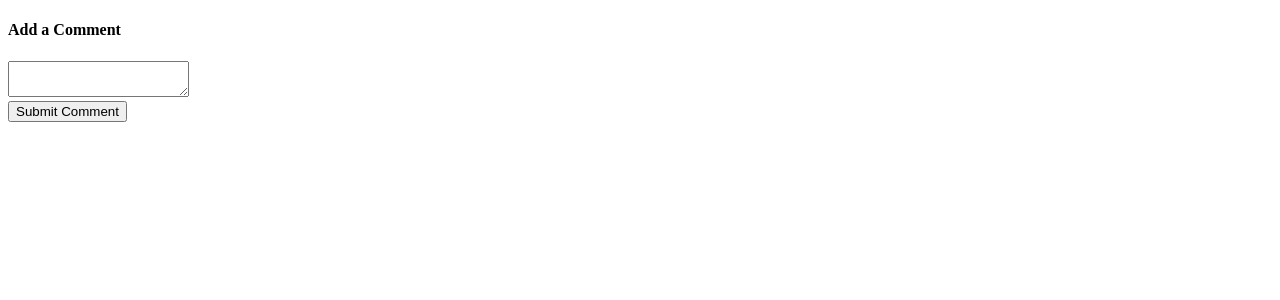
Repository: taivuong95/react-advanced-stephen-grider
Page: / (app in testing/)
An editor plug-in stored every save of this project. The page is shown before and after the next save, followed by the edit.
The browser window is 1280 px wide. The pictures show the whole page.
The project was rebuilt for these pictures with package versions that can differ from the ones it lists, and the page was loaded fresh each time.

Above is the page before, as saved 2021-01-11 00:07:04.

### testing/src/index.js
import React from 'react';
import ReactDOM from 'react-dom';
import App from 'components/App';
import Root from './Root';

ReactDOM.render(
    <Root>
        <App />
    </Root>,
    document.getElementById('root'))

### testing/src/components/App.js
import React from 'react';
import CommentBox from 'components/CommentBox';
import CommentList from 'components/CommentList';

const App = () => {
    return (
        <div>
            <CommentBox />
            <CommentList/>
        </div>
    );
}

export default App;

### testing/src/Root.js
import React from 'react';
import { Provider } from 'react-redux';
import { createStore, applyMiddleware } from 'redux';
import reducers from 'reducers';
import reduxPromise from 'redux-promise'

export default ({ children, initialState = {} }) => {
    const store = createStore(
        reducers,
        initialState,
        applyMiddleware(reduxPromise))
    return (
        <Provider store={store}>
            {children}
        </Provider>
    );
};

### testing/src/components/CommentBox.js
import React from 'react';
import { connect } from 'react-redux';
import * as actions from 'actions';

class CommentBox extends React.Component {

    state = { comment: '' };

    handleChange = (event) => {
        this.setState({ comment: event.target.value });
    };

    handleSubmit = (event) => {
        event.preventDefault();
        // Call an action creator and save the comment
        this.props.saveComment(this.state.comment);
        this.setState({ comment: ''})
    }

    render() {
        return (
            <form onSubmit={this.handleSubmit}>
                <h4>Add a Comment</h4>
                <textarea onChange={this.handleChange} value={this.state.comment}/>
                <div>
                    <button>Submit Comment</button>
                </div>
            </form>
        )
    }
}

export default connect(null, actions)(CommentBox);

### testing/src/components/CommentList.js
import React from 'react';
import {connect} from 'react-redux';

class CommentList extends React.Component {

    renderComments = () => {
        return this.props.comments.map((comment) => {
            return <li key={comment}>{comment}</li>
        })
    }

    render() {
        return (
            <div>
                <ul>
                    {this.renderComments()}
                </ul>
            </div>
        )
    }
}

function mapStateToProps(state) {
    return {
        comments: state.comments
    }
}

export default connect(mapStateToProps)(CommentList);

### testing/src/reducers/index.js
import { combineReducers } from 'redux';
import commentsReducer from 'reducers/comments';

export default combineReducers({
    comments: commentsReducer
})

### testing/src/actions/index.js
import { SAVE_COMMENT, FETCH_COMMENTS } from 'actions/types';
import axios from 'axios';
export function saveComment(comment) {
    return {
        type: SAVE_COMMENT,
        payload: comment
    }
}

export function fetchComments() {
    const response = axios.get(
        'http://jsonplaceholder.typicode.com/comments');

    return {
        type: FETCH_COMMENTS,
        payload:response
    }
}

### testing/src/reducers/comments.js
import {SAVE_COMMENT} from 'actions/types'

export default function (state = [], action) {
    switch (action.type) {
        case SAVE_COMMENT:
            return [...state, action.payload]

        default:
            return state;
    }
}

### testing/src/actions/types.js
export const SAVE_COMMENT = 'SAVE_COMMENT';
export const FETCH_COMMENTS = 'FETCH_COMMENTS';

Loaded but not shown: testing/public/index.html (common file)

After the next save:
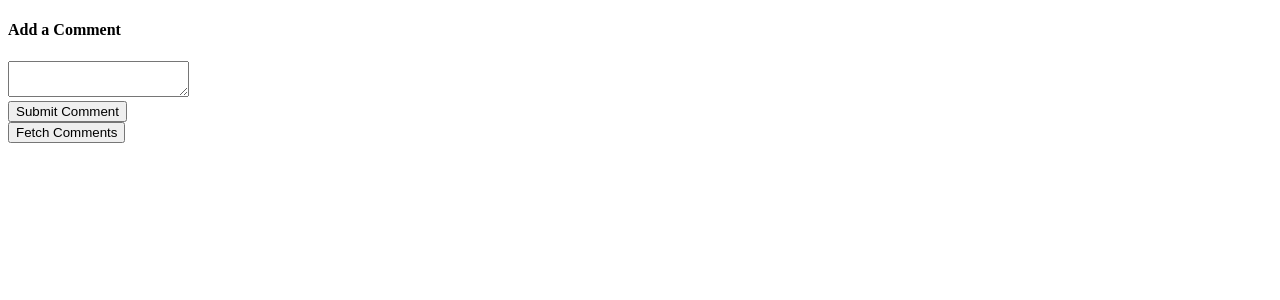
Saved 2 min 45 s later.
--- a/testing/src/components/CommentBox.js
+++ b/testing/src/components/CommentBox.js
@@ -1,33 +1,35 @@
-import React from 'react';
-import { connect } from 'react-redux';
-import * as actions from 'actions';
+import React from "react";
+import { connect } from "react-redux";
+import * as actions from "actions";
 
 class CommentBox extends React.Component {
+  state = { comment: "" };
 
-    state = { comment: '' };
+  handleChange = (event) => {
+    this.setState({ comment: event.target.value });
+  };
 
-    handleChange = (event) => {
-        this.setState({ comment: event.target.value });
-    };
+  handleSubmit = (event) => {
+    event.preventDefault();
+    // Call an action creator and save the comment
+    this.props.saveComment(this.state.comment);
+    this.setState({ comment: "" });
+  };
 
-    handleSubmit = (event) => {
-        event.preventDefault();
-        // Call an action creator and save the comment
-        this.props.saveComment(this.state.comment);
-        this.setState({ comment: ''})
-    }
-
-    render() {
-        return (
-            <form onSubmit={this.handleSubmit}>
-                <h4>Add a Comment</h4>
-                <textarea onChange={this.handleChange} value={this.state.comment}/>
-                <div>
-                    <button>Submit Comment</button>
-                </div>
+  render() {
+    return (
+      <div>
+        <form onSubmit={this.handleSubmit}>
+          <h4>Add a Comment</h4>
+          <textarea onChange={this.handleChange} value={this.state.comment} />
+          <div>
+            <button>Submit Comment</button>
+          </div>
             </form>
-        )
-    }
+            <button onClick={this.props.fetchComments}>Fetch Comments</button>
+      </div>
+    );
+  }
 }
 
 export default connect(null, actions)(CommentBox);
